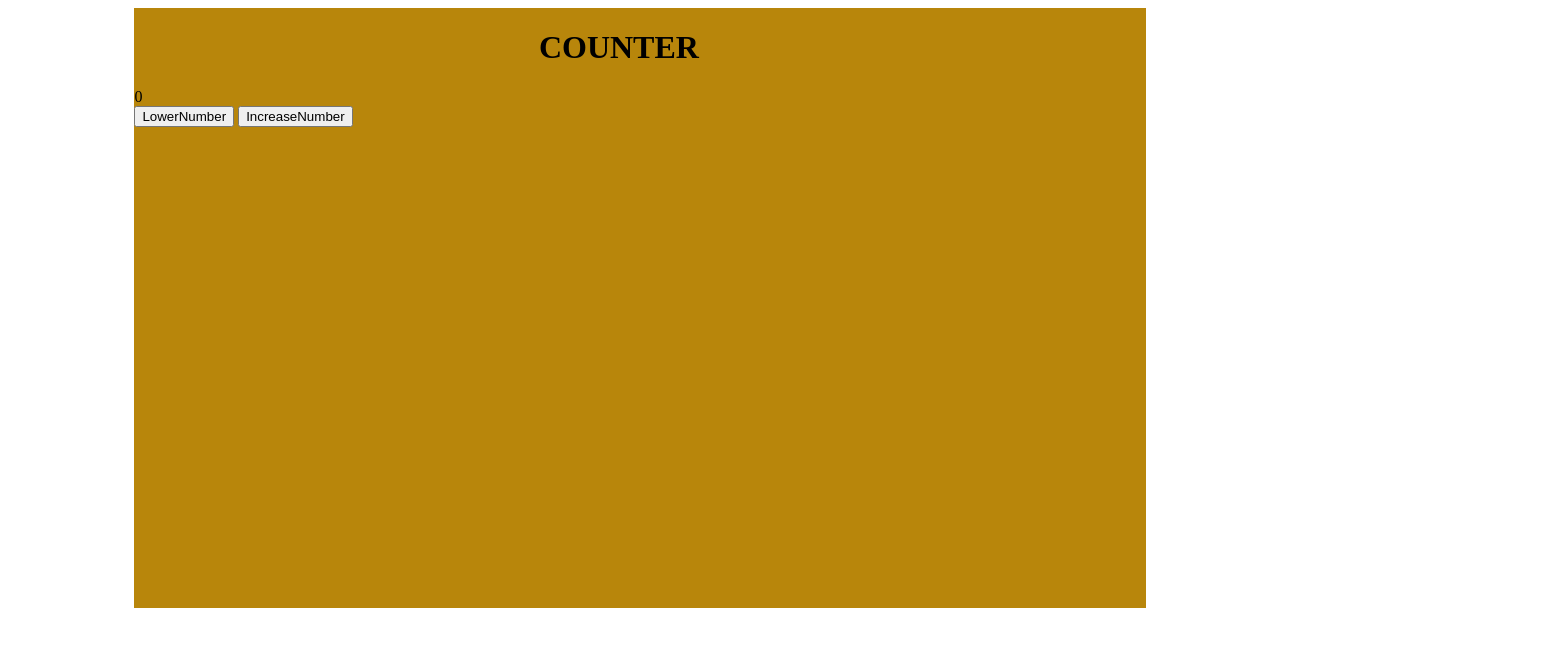
Repository: Sgalstyan06/counterNum
Page: index.html
The author's editor kept a copy of each file at every save. The page is drawn from the files as they stood at one save, then again after a run of saves.
The browser window is 1280 px wide. The page is 1550 px wide, so the pictures cover 1550 px, including what lies to the right of the window. The pictures show the whole page.

Above is the page before, as saved 2022-02-14 16:51:09.

### index.html
<!DOCTYPE html>
<html lang="en">
<head>
    <meta charset="UTF-8">
    <meta http-equiv="X-UA-Compatible" content="IE=edge">
    <meta name="viewport" content="width=device-width, initial-scale=1.0">
    <title>Document</title>
    <link rel="stylesheet" href="./style.css">
</head>
<body>
    <div class="main">
        <div><h1>COUNTER</h1></div>

        <div class="result">0</div>
        <div>
            <button class="LowerNumber">LowerNumber</button>
            <button class="IncreaseNumber">IncreaseNumber</button>
        </div>
    </div>
    <script src="./script.js"></script>
</body>
</html>

### style.css
.main{
    width: 80%;
    height: 600px;
    margin: 0 auto;
    background-color: darkgoldenrod;
    display: flex;
    flex-direction: column;
}
h1{
    width: 100%;
   padding-left: 40%;
}

.result{
    width: 80%;
    height: ;
}

Loaded but not shown: script.js (no stored copy; drawn as an empty file)

After the next 4 saves:
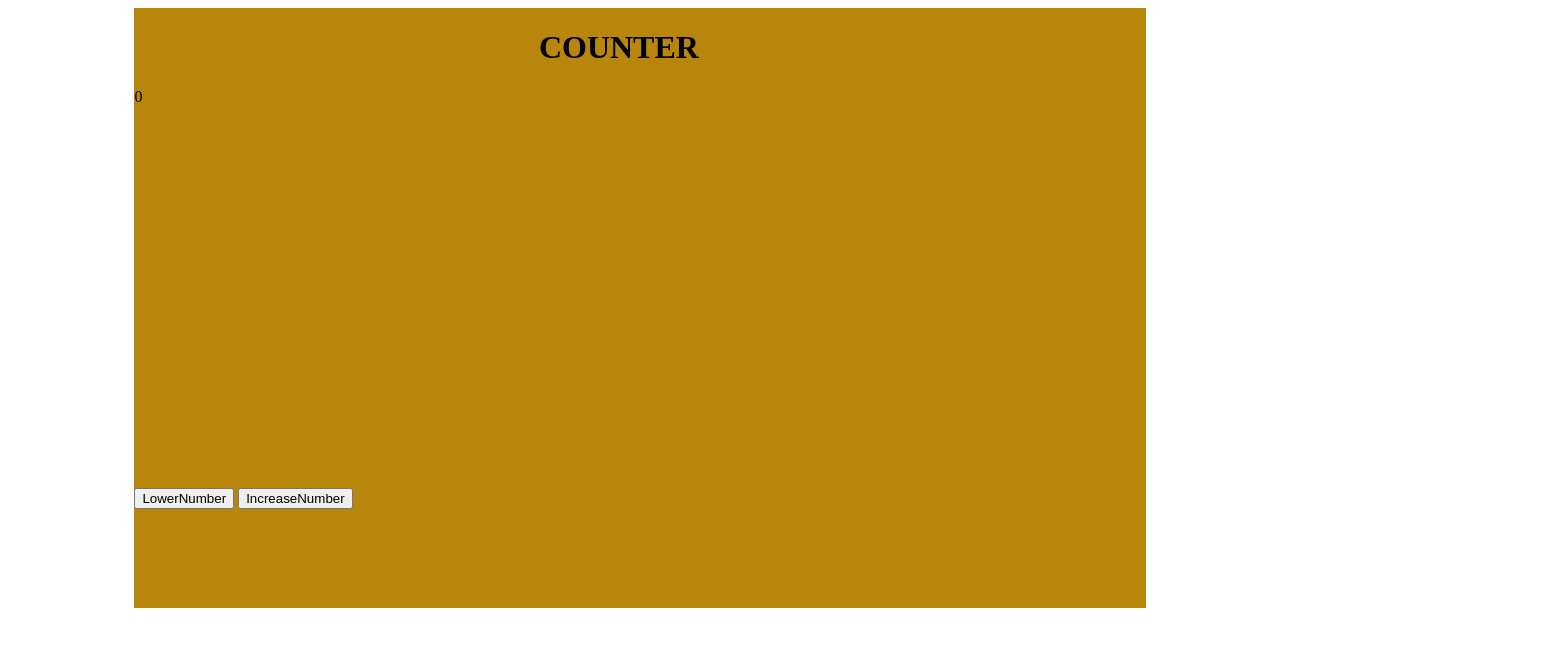
The 4 saves are shown as one change because they came seconds apart.
The last was saved 9 s later.
--- a/style.css
+++ b/style.css
@@ -13,5 +13,6 @@ h1{
 
 .result{
     width: 80%;
-    height: ;
+    height: 400px;
+    font-size: ;
 }
